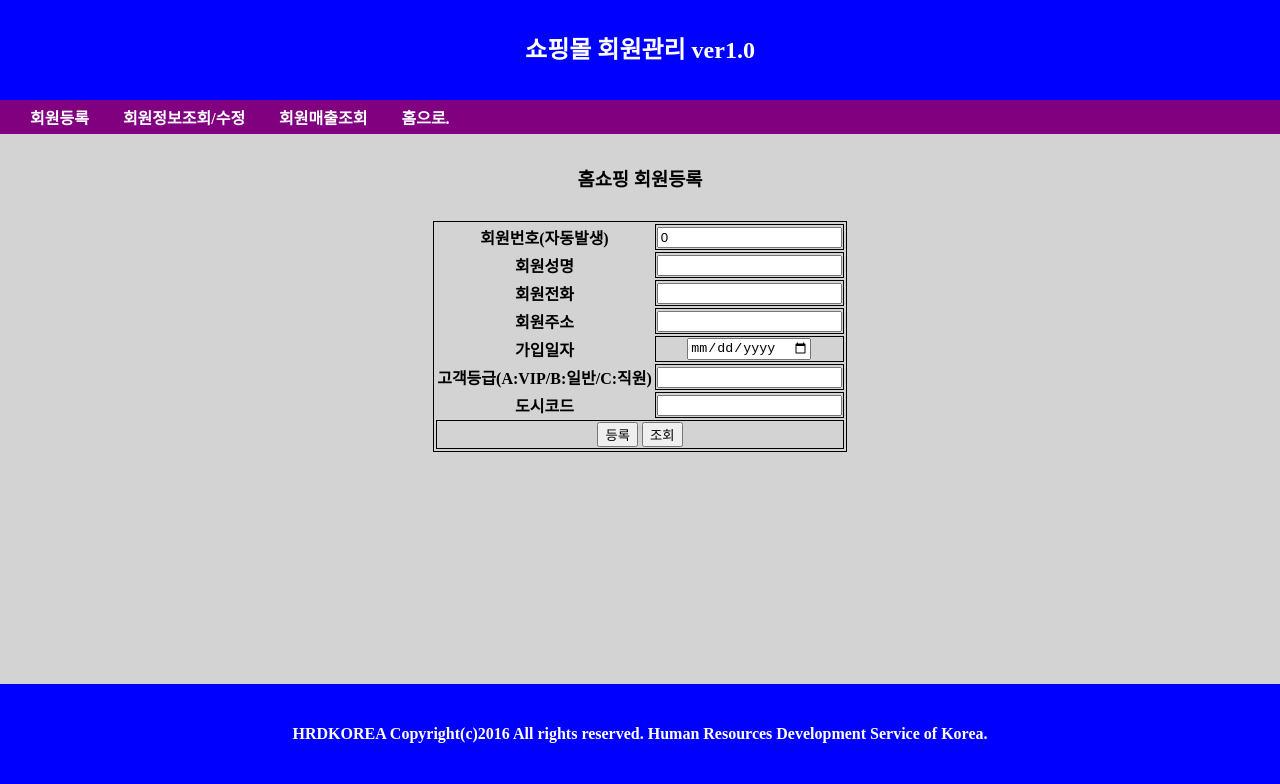
Repository: brightjy/Today-what-I-practiced
Page: http://localhost/HRD_7/view/register.jsp
The author's editor kept a copy of each file at every save. The page is drawn from the files as they stood at one save, then again after the next save.
The browser window is 1280 px wide. The pictures show the whole page.
The page is served by Tomcat 9. Other server files are loaded and not shown. Queries for data that is not in the repository find no rows.

Above is the page before, as saved 2020-05-18 12:19:36.

### hrdkorea_0518/HRD_7/WebContent/view/register.jsp
<%@page import="com.hrd.dao.MemberDao"%>
<%@ page language="java" contentType="text/html; charset=UTF-8"
    pageEncoding="UTF-8"%>
<% String conPath = request.getContextPath(); %>
<!DOCTYPE html>
<html>
<head>
<meta charset="UTF-8">
<title>Insert title here</title>
<script>
	function infoConfirm(){
		if(info.custname.value.length==0){
			alert('회원성명이 입력되지 않았습니다.');
			info.custname.focus();
			return false;
		}
		if(info.phone.value.length==0){
			alert('회원전화번호가 입력되지 않았습니다.');
			info.phone.focus();
			return false;
		}
		if(info.phone.value.length!=0 && info.phone.value.indexOf('-')==-1){
			alert('회원전화번호는 000-0000-0000 형식으로 입력해주세요.');
			info.phone.focus();
			return false;
		}
		if(info.phone.value.length!=0 && info.phone.value.indexOf('-')==info.phone.value.lastIndexOf('-')){
			alert('회원전화번호는 000-0000-0000 형식으로 입력해주세요.');
			info.phone.focus();
			return false;
		}
		if(info.address.value.length==0){
			alert('회원주소가 입력되지 않았습니다.');
			info.address.focus();
			return false;
		}
		if(info.joindate.value.length==0){
			alert('회원가입일자가 입력되지 않았습니다.');
			info.joindate.focus();
			return false;
		}
		if(info.grade.value.length==0){
			alert('회원등급이 입력되지 않았습니다.');
			info.grade.focus();
			return false;
		}
		if(info.grade.value.length!=0 && (info.grade.value!='A' && info.grade.value!='B' && info.grade.value!='C')){
			alert('회원등급은 A/B/C 중 하나로만 입력하세요.');
			info.grade.focus();
			return false;
		}
		if(info.city.value.length==0){
			alert('회원도시정보가 입력되지 않았습니다.');
			info.city.focus();
			return false;
		}
		if(info.city.value.length>2){
			alert('회원도시정보는 2글자 이내로만 입력하세요.');
			info.city.focus();
			return false;
		}
		info.submit();
	}
</script>
</head>
<body>
<jsp:include page="header.jsp"></jsp:include>
<section>
<div>
	<h3>홈쇼핑 회원등록</h3>
	<form action="<%=conPath %>/pro/register.jsp" method="get" name="info">
	<%
		MemberDao mDao = MemberDao.getInstance();
		int custno = mDao.custno();
	%>
		<table>
			<tr>
				<th>회원번호(자동발생)</th>
				<td><input type="text" name="custno" value="<%=custno%>"></td>
			</tr>
			<tr>
				<th>회원성명</th>
				<td><input type="text" name="custname"></td>
			</tr>
			<tr>
				<th>회원전화</th>
				<td><input type="text" name="phone"></td>
			</tr>
			<tr>
				<th>회원주소</th>
				<td><input type="text" name="address"></td>
			</tr>
			<tr>
				<th>가입일자</th>
				<td><input type="date" name="joindate"></td>
			</tr>
			<tr>
				<th>고객등급(A:VIP/B:일반/C:직원)</th>
				<td><input type="text" name="grade"></td>
			</tr>
			<tr>
				<th>도시코드</th>
				<td><input type="text" name="city"></td>
			</tr>
			<tr>
				<td colspan="2">
					<input type="button" value="등록" onclick="infoConfirm()">
					<input type="button" value="조회" onclick="location.href='<%=conPath %>/view/memberList.jsp'">
				</td>
			</tr>
		</table>
	</form>
</div>
</section>
<jsp:include page="footer.jsp"></jsp:include>
</body>
</html>

### hrdkorea_0518/HRD_7/WebContent/view/header.jsp
<%@ page language="java" contentType="text/html; charset=UTF-8"
    pageEncoding="UTF-8"%>
<% String conPath = request.getContextPath(); %>
<!DOCTYPE html>
<html>
<head>
<meta charset="UTF-8">
<title>Insert title here</title>
<style>
*{margin:0 auto;}
header, footer{background-color:blue; height:100px; line-height:100px; text-align:center;}
h2, h4, a{color:white;}
nav{padding:5px 0 5px 30px; background-color:purple;}
nav a{padding-right:30px; text-decoration: none; font-weight:bold;}
section{height:550px; background-color:lightgrey;}
div{padding:30px;}
h3{text-align:center; padding:0 0 30px 0;}
td:last-child {text-align:center;}
table, tr, td{border:1px solid black;}
</style>
</head>
<body>
<header>
	<h2>쇼핑몰 회원관리 ver1.0</h2>
</header>
<nav>
	<a href="<%=conPath %>/view/register.jsp">회원등록</a>
	<a href="<%=conPath %>/view/memberList.jsp">회원정보조회/수정</a>
	<a href="<%=conPath %>/view/sumPriceList.jsp">회원매출조회</a>
	<a href="<%=conPath %>/view/main.jsp">홈으로.</a>
</nav>
</body>
</html>

### hrdkorea_0518/HRD_7/WebContent/view/footer.jsp
<%@ page language="java" contentType="text/html; charset=UTF-8"
    pageEncoding="UTF-8"%>
<!DOCTYPE html>
<html>
<head>
<meta charset="UTF-8">
<title>Insert title here</title>
</head>
<body>
<footer>
	<h4>HRDKOREA Copyright(c)2016 All rights reserved. Human Resources Development Service of Korea.</h4>
</footer>
</body>
</html>

### hrdkorea_0518/HRD_7/src/com/hrd/dao/MemberDao.java
package com.hrd.dao;

import java.sql.Connection;
import java.sql.Date;
import java.sql.DriverManager;
import java.sql.PreparedStatement;
import java.sql.ResultSet;
import java.util.ArrayList;

import com.hrd.dto.MemberDto;
import com.hrd.dto.SumPriceDto;

public class MemberDao {
	// 싱글톤
	private static MemberDao instance = new MemberDao();
	private MemberDao() {}
	public static MemberDao getInstance() {
		return instance;
	}
	// 데이터 연결
	public static Connection getConnection() throws Exception {
		Class.forName("oracle.jdbc.OracleDriver");
		Connection con = DriverManager.getConnection
				("jdbc:oracle:thin:@//localhost:1521/xe", "system", "1234");
		return con;
	}
	// 회원번호 자동생성
	public int custno() {
		int custno = 0;

		Connection conn = null;
		PreparedStatement pstmt = null;
		ResultSet rs = null;
		String sql = "SELECT MAX(CUSTNO)+1 CUSTNO FROM MEMBER_TBL_02";


		try {
			conn = getConnection();
			pstmt = conn.prepareStatement(sql);
			rs = pstmt.executeQuery();
			if(rs.next()) {
				custno = rs.getInt("custno");
			}
		} catch (Exception e) {
			System.out.println(e.getMessage());
		} finally {
			try {
				if(conn!=null) conn.close();
				if(pstmt!=null) pstmt.close();
				if(rs!=null) rs.close();
			}catch(Exception e) {
				System.out.println(e.getMessage());
			}
		}
		return custno;
	}
	// 회원등록
	public int registerMember(String custname, String phone, String address, Date joindate, String grade, String city) {
		int result = 0;
		Connection conn = null;
		PreparedStatement pstmt = null;
		String sql = "INSERT INTO MEMBER_TBL_02" +
				"    VALUES (CUSTNO_SQ.NEXTVAL, ?, ?, ?, ?, ?, ?)";
		try {
			conn = getConnection();
			pstmt = conn.prepareStatement(sql);
			pstmt.setString(1, custname);
			pstmt.setString(2, phone);
			pstmt.setString(3, address);
			pstmt.setDate(4, joindate);
			pstmt.setString(5, grade);
			pstmt.setString(6, city);
			result = pstmt.executeUpdate();
			System.out.println(result==1?"등록성공":"등록실패");
		} catch (Exception e) {
			System.out.println(e.getMessage());
		}
		return result;
	}
	// 회원목록 조회
	public ArrayList<MemberDto> memberList(){
		ArrayList<MemberDto> dtos = new ArrayList<MemberDto>();
		Connection conn = null;
		PreparedStatement pstmt = null;
		ResultSet rs = null;
		String sql = "SELECT*FROM MEMBER_TBL_02 ORDER BY CUSTNO";
		try {
			conn = getConnection();
			pstmt = conn.prepareStatement(sql);
			rs = pstmt.executeQuery();
			while(rs.next()) {
				int custno = rs.getInt("custno");
				String custname = rs.getString("custname");
				String phone = rs.getString("phone");
				String address = rs.getString("address");
				Date joindate = rs.getDate("joindate");
				String grade = rs.getString("grade");
				String city = rs.getString("city");
				dtos.add(new MemberDto(custno, custname, phone, address, joindate, grade, city));
			}
		} catch (Exception e) {
			System.out.println(e.getMessage());
		} finally {
			try {
				if(conn!=null) conn.close();
				if(pstmt!=null) pstmt.close();
				if(rs!=null) rs.close();
			}catch(Exception e) {
				System.out.println(e.getMessage());
			}
		}
		return dtos;
	}
	// 회원정보 불러오기
	public MemberDto getMember(String custnoStr) {
		MemberDto dto = new MemberDto();
		Connection conn = null;
		PreparedStatement pstmt = null;
		ResultSet rs = null;
		String sql = "SELECT*FROM MEMBER_TBL_02 WHERE CUSTNO=?";
		try {
			conn = getConnection();
			pstmt = conn.prepareStatement(sql);
			pstmt.setString(1, custnoStr);
			rs = pstmt.executeQuery();
			while(rs.next()) {
				int custno = rs.getInt("custno");
				String custname = rs.getString("custname");
				String phone = rs.getString("phone");
				String address = rs.getString("address");
				Date joindate = rs.getDate("joindate");
				String grade = rs.getString("grade");
				String city = rs.getString("city");
				dto = new MemberDto(custno, custname, phone, address, joindate, grade, city);
			}
		} catch (Exception e) {
			System.out.println(e.getMessage());
		} finally {
			try {
				if(conn!=null) conn.close();
				if(pstmt!=null) pstmt.close();
				if(rs!=null) rs.close();
			}catch(Exception e) {
				System.out.println(e.getMessage());
			}
		}
		return dto;
	}
	// 회원정보 수정
	public int updateMember(String custname, String phone, String address, Date joindate, String grade, String city, String custnoStr) {
		int result = 0;
		Connection conn = null;
		PreparedStatement pstmt = null;
		String sql = "UPDATE MEMBER_TBL_02 SET" +
				"    CUSTNAME=?," +
				"    PHONE=?," +
				"    ADDRESS=?," +
				"    JOINDATE=?," +
				"    GRADE=?," +
				"    CITY=?" +
				"    WHERE CUSTNO=?";
		try {
			conn = getConnection();
			pstmt = conn.prepareStatement(sql);
			pstmt.setString(1, custname);
			pstmt.setString(2, phone);
			pstmt.setString(3, address);
			pstmt.setDate(4, joindate);
			pstmt.setString(5, grade);
			pstmt.setString(6, city);
			pstmt.setString(7, custnoStr);
			result = pstmt.executeUpdate();
			System.out.println(result==1?"수정성공":"수정실패");
		} catch (Exception e) {
			System.out.println(e.getMessage());
		}
		return result;
	}
	// 회원매출 정보 조회(custno, custname, grade, sum(price))
	public ArrayList<SumPriceDto> sumPriceList(){
		ArrayList<SumPriceDto> dtos = new ArrayList<SumPriceDto>();
		Connection conn = null;
		PreparedStatement pstmt = null;
		ResultSet rs = null;
		String sql = "SELECT ME.CUSTNO CUSTNO, CUSTNAME, GRADE, SUM(PRICE) SUM_PRICE" +
				"    FROM MEMBER_TBL_02 ME, MONEY_TBL_02 MO" +
				"    WHERE ME.CUSTNO=MO.CUSTNO" +
				"    GROUP BY ME.CUSTNO, CUSTNAME, GRADE" +
				"    HAVING SUM(PRICE)>0" +
				"    ORDER BY SUM(PRICE) DESC";
		try {
			conn = getConnection();
			pstmt = conn.prepareStatement(sql);
			rs = pstmt.executeQuery();
			while(rs.next()) {
				int custno = rs.getInt("custno");
				String custname = rs.getString("custname");
				int sum_price =rs.getInt("sum_price");
				dtos.add(new SumPriceDto(custno, custname, sum_price));
			}
		} catch (Exception e) {
			System.out.println(e.getMessage());
		} finally {
			try {
				if(conn!=null) conn.close();
				if(pstmt!=null) pstmt.close();
				if(rs!=null) rs.close();
			}catch(Exception e) {
				System.out.println(e.getMessage());
			}
		}
		return dtos;
	}
}

After the next save:
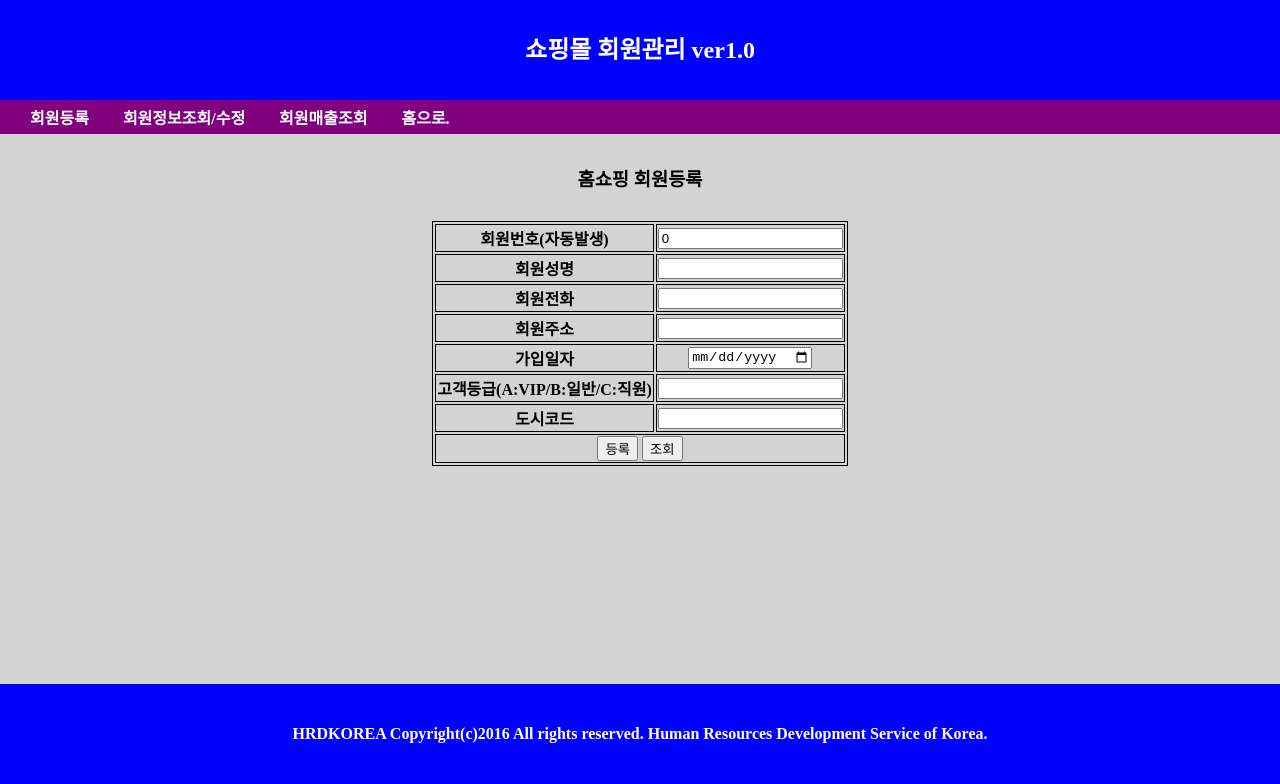
Saved 7 s later.
--- a/hrdkorea_0518/HRD_7/WebContent/view/header.jsp
+++ b/hrdkorea_0518/HRD_7/WebContent/view/header.jsp
@@ -16,7 +16,7 @@ section{height:550px; background-color:lightgrey;}
 div{padding:30px;}
 h3{text-align:center; padding:0 0 30px 0;}
 td:last-child {text-align:center;}
-table, tr, td{border:1px solid black;}
+table, tr, td, th{border:1px solid black;}
 </style>
 </head>
 <body>
